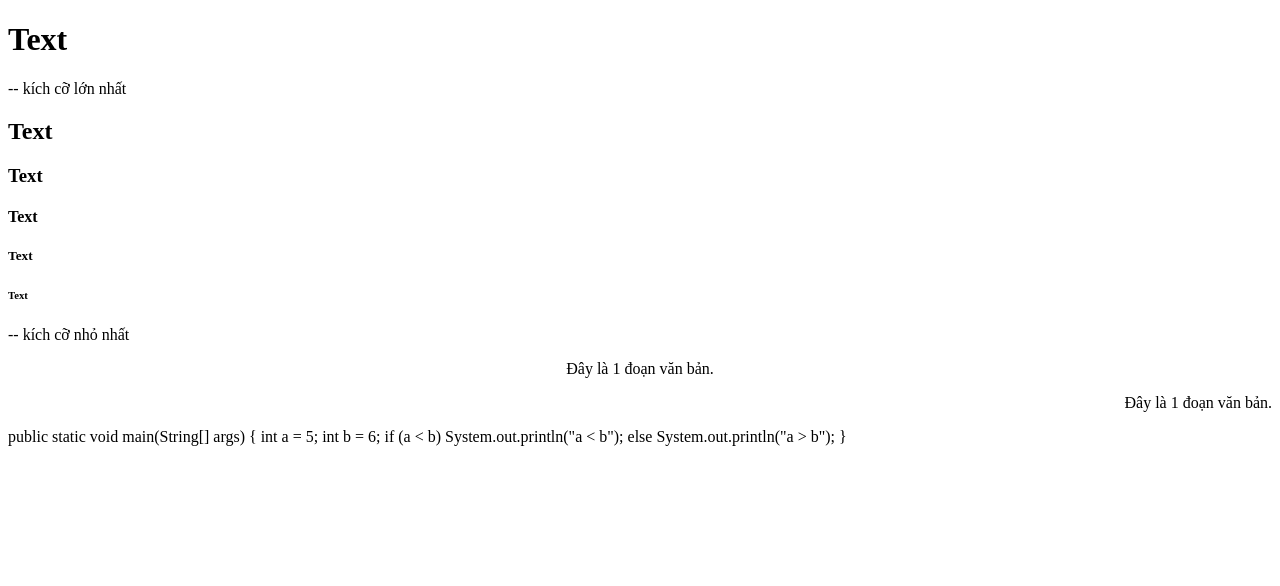
Repository: PhiKhongHoang/JSP-Servlet
Page: Bai2_HTML/src/main/webapp/vidu.html
The author's editor kept a copy of each file at every save. The page is drawn from the files as they stood at one save, then again after the next save.
The browser window is 1280 px wide. The pictures show the whole page.

Above is the page before, as saved 2024-02-16 08:31:53.

### Bai2_HTML/src/main/webapp/vidu.html
<!DOCTYPE html>
<html>
<head>
<meta charset="UTF-8">
<title>Insert title here</title>
</head>
<body>
	<h1>Text</h1> -- kích cỡ lớn nhất
	<h2>Text</h2>
	<h3>Text</h3>
	<h4>Text</h4>
	<h5>Text</h5>
	<h6>Text</h6> -- kích cỡ nhỏ nhất

	<p align="center">
		Đây là 1 đoạn văn bản.
	</p>
	<p align="right">
		Đây là 1 đoạn văn bản.
	</p>

	public static void main(String[] args) {
		int a = 5;
		int b = 6;
		if (a &lt; b)
			System.out.println("a &lt; b");
		else
			System.out.println("a &gt; b");
	}

</body>
</html>

After the next save:
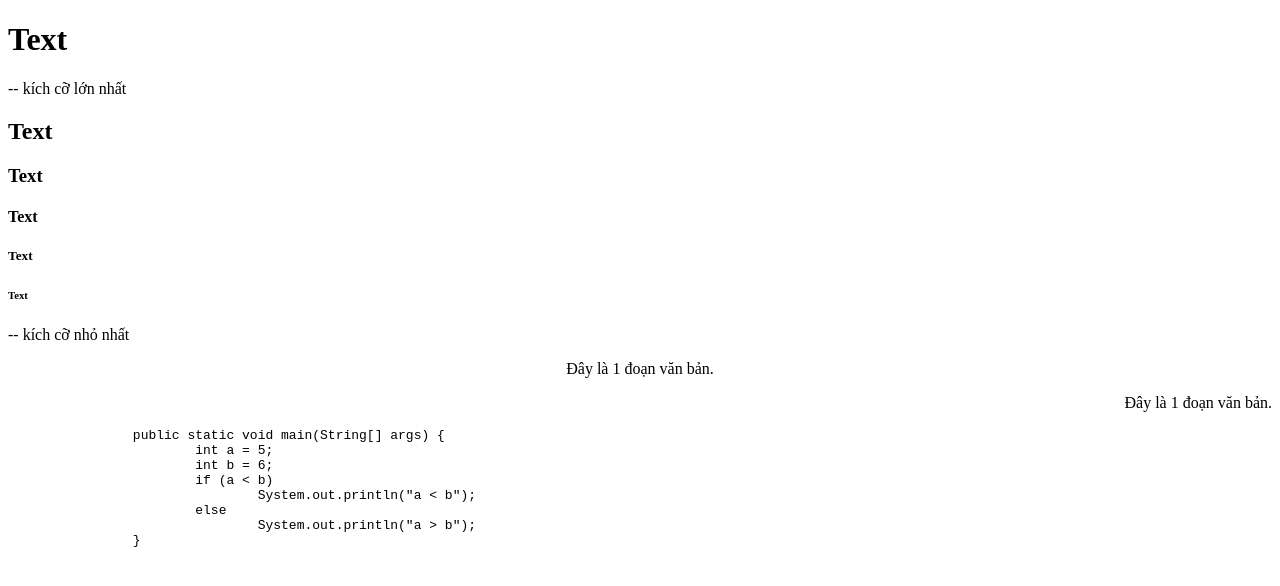
Saved 31 s later.
--- a/Bai2_HTML/src/main/webapp/vidu.html
+++ b/Bai2_HTML/src/main/webapp/vidu.html
@@ -5,28 +5,28 @@
 <title>Insert title here</title>
 </head>
 <body>
-	<h1>Text</h1> -- kích cỡ lớn nhất
+	<h1>Text</h1>
+	-- kích cỡ lớn nhất
 	<h2>Text</h2>
 	<h3>Text</h3>
 	<h4>Text</h4>
 	<h5>Text</h5>
-	<h6>Text</h6> -- kích cỡ nhỏ nhất
+	<h6>Text</h6>
+	-- kích cỡ nhỏ nhất
 
-	<p align="center">
-		Đây là 1 đoạn văn bản.
-	</p>
-	<p align="right">
-		Đây là 1 đoạn văn bản.
-	</p>
+	<p align="center">Đây là 1 đoạn văn bản.</p>
+	<p align="right">Đây là 1 đoạn văn bản.</p>
 
-	public static void main(String[] args) {
-		int a = 5;
-		int b = 6;
-		if (a &lt; b)
-			System.out.println("a &lt; b");
-		else
-			System.out.println("a &gt; b");
-	}
+	<pre>
+		public static void main(String[] args) {
+			int a = 5;
+			int b = 6;
+			if (a &lt; b)
+				System.out.println("a &lt; b");
+			else
+				System.out.println("a &gt; b");
+		}
+	</pre>
 
 </body>
 </html>
